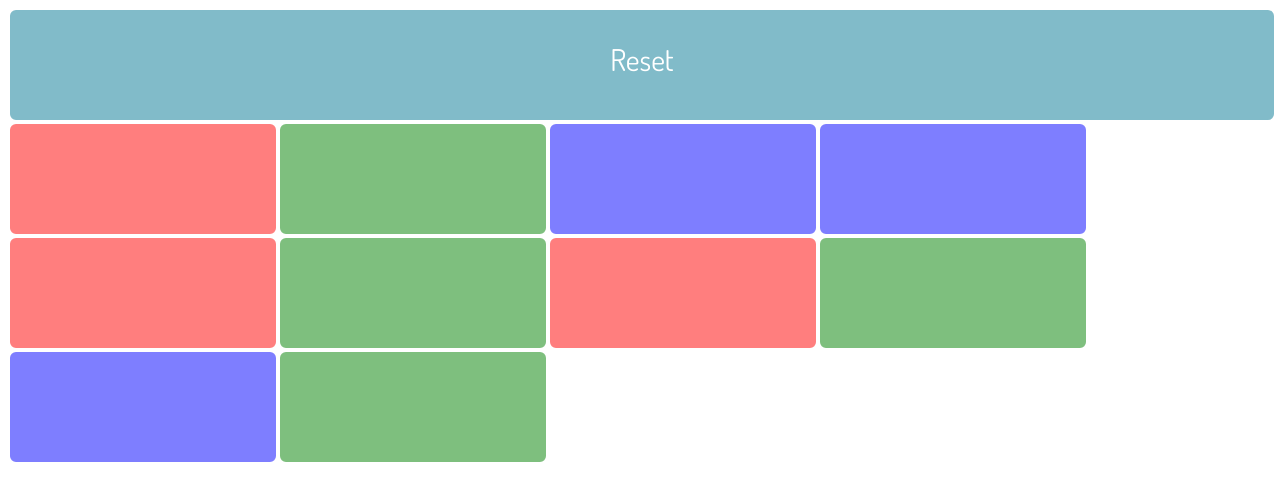
Repository: laurence100795/JQuery-Basics
Page: button.html
The author's editor kept a record of every edit. The page is drawn from the files as they stood at one moment, then again after the next edit.
The browser window is 1280 px wide. The pictures show the whole page.
After loading, the first visible `div.theButton` was clicked once.
Some web libraries are served in a nearby version.

Above is the page before.

### button.html
<!DOCTYPE html>
<html lang="en">

<head>
    <meta charset="UTF-8">
    <meta name="viewport" content="width=device-width, initial-scale=1.0">
    <meta http-equiv="X-UA-Compatible" content="ie=edge">
    <title>jQuery Challenge</title>
    <link rel='stylesheet' href='style3.css' />
    <script src="https://code.jquery.com/jquery-3.2.1.js" integrity="sha256-DZAnKJ/6XZ9si04Hgrsxu/8s717jcIzLy3oi35EouyE=" crossorigin="anonymous"></script>
    <script src="script4.js"></script>
    <link href='https://fonts.googleapis.com/css?family=Dosis' rel='stylesheet' type='text/css'>

</head>

<body>
    <div class="superButton makeBlue">Reset</div>

    <div id="panel">
        <div class="container">

            <div class="container">
                <div class="theButton makeBlue red"></div>
            </div>
            <div class="container">
                <div class=" theButton makeBlue green"></div>
            </div>
            <div class="container">
                <div class=" theButton makeBlue blue"></div>
            </div>
            <div class="container">
                <div class=" theButton makeBlue blue"></div>
            </div>
            <div class="container">
                <div class=" theButton makeBlue red"></div>
            </div>
            <div class="container">
                <div class=" theButton makeBlue green"></div>
            </div>
            <div class="container">
                <div class=" theButton makeBlue red"></div>
            </div>
            <div class="container">
                <div class=" theButton makeBlue green"></div>
            </div>
            <div class="container">
                <div class=" theButton makeBlue blue"></div>
            </div>
            <div class="container">
                <div class=" theButton makeBlue green"></div>
            </div>
        </div>
    </div>
</body>

</html>

### style3.css
.container {
    display: inline-block;
    vertical-align: top;
    font-size: 0px;
}

.theButton {
    height: 80px;
    width: 266px;
    border-radius: 8px;
    text-align: center;
    background-color: #555;
    color: #FFF;
    font-family: dosis;
    font-size: 30px;
    padding-top: 30px;
    /* display: none;*/
    border: solid 2px #fff;
    /* border used to stop jump when border is applied*/
}

.superButton {
    height: 80px;
    width: 100%;
    border-radius: 8px;
    text-align: center;
    background-color: #555;
    color: #FFF;
    font-family: dosis;
    font-size: 30px;
    padding-top: 30px;
    /* display: none;*/
    border: solid 2px #fff;
    /* border used to stop jump when border is applied*/
}

p {
    font-family: dosis;
    font-size: 20px;
    margin-left: 10px;
    width: 240px;
}

.makeBlue {
    background-color: #81BBC9;
}

.makeBorder {
    border: solid 2px #000;
}

.makeTextBlack {
    color: #000;
}

.green {
    background-color: green;
}

.red {
    background-color: red;
}

.blue {
    background-color: blue;
}

.selected {
    background-color: #F07D00;
}

.makeBlack {
    background-color: black;
}

### script4.js
$(document).ready(function() {
    /*
    //hides only the panel that was clicked
      $(".theButton").click(function(){
      $(this).hide();
       })

    //adds  a fadeTo to all panels when a panel is clicked
    $(".theButton").click(function(){
    	$  ("#panel .container").siblings().fadeTo(1000, .5);
       });
    */
    //when button clicked all fade to 50% opacity
    $(".theButton").click(function() {
        $("#panel .container").siblings().fadeTo(1000, 0.5)
    })
    //when button clicked all return to 100% opacity
    $(".superButton").click(function() {
        $("#panel .container").siblings().fadeTo(1000, 1)
    })
    //mouse enter button turns black
    $(".theButton").mouseover(function() {
        $(this).addClass("makeBlack")
    })
    //mouse leaves button reverts from black
    $(".theButton").mouseleave(function() {
        $(this).removeClass("makeBlack")
    })
    $(".theButton").click(function() {

    })

});

After the next edit:
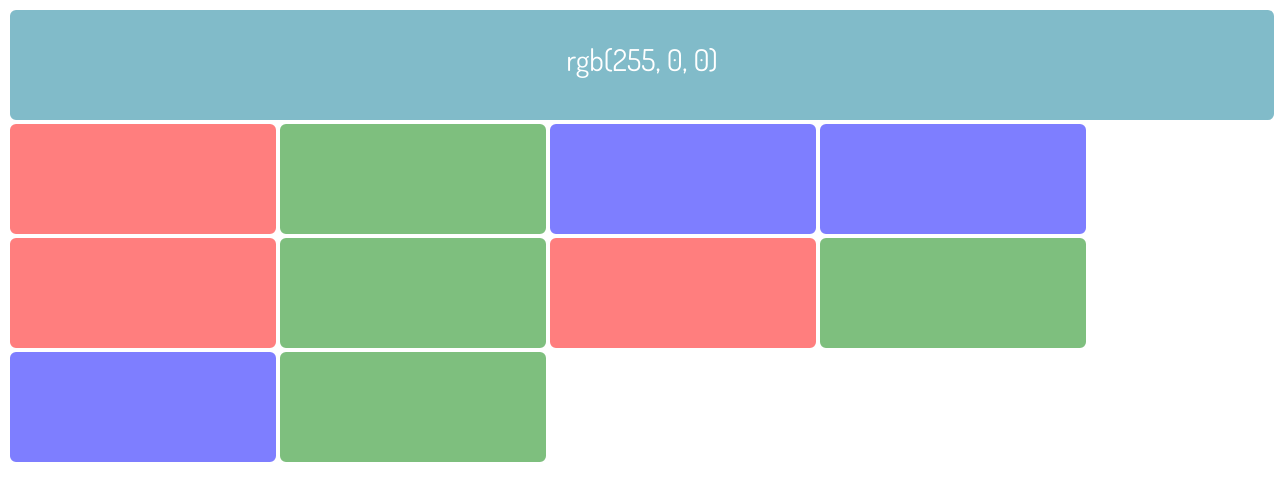
The edit:
--- a/script4.js
+++ b/script4.js
@@ -27,7 +27,8 @@
         $(this).removeClass("makeBlack")
     })
     $(".theButton").click(function() {
-
+        var panelcolor = $(this).css("background-color")
+        $(".superButton").text(panelcolor)
     })
 
 });
